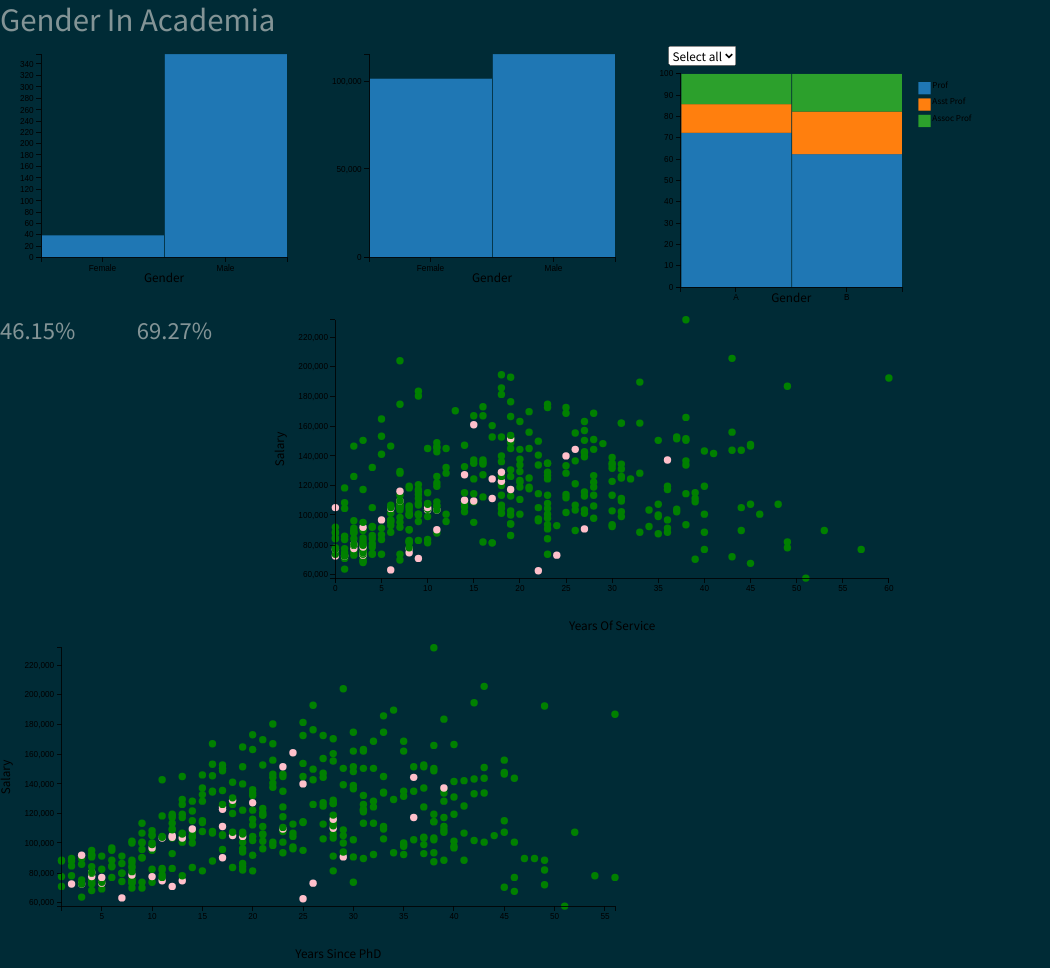
Repository: rafaljanos/Dashboard
Page: Index.html
The author's editor kept a record of every edit. The page is drawn from the files as they stood at one moment, then again after the next edit.
The browser window is 1280 px wide. The pictures show the whole page, at 82% of full size.

Above is the page before.

After the next edit:
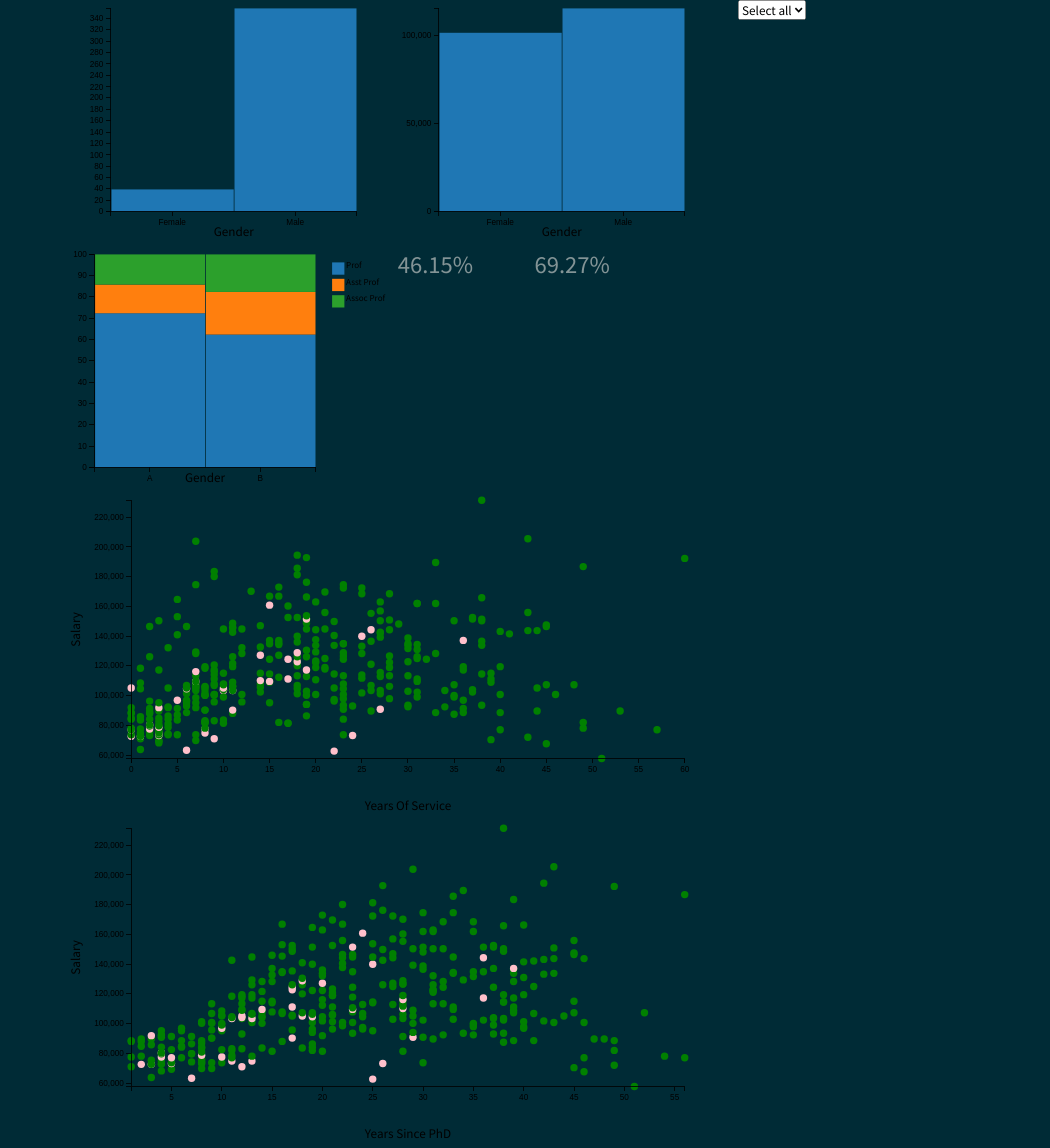
The edit:
--- a/Index.html
+++ b/Index.html
@@ -18,8 +18,12 @@
 
 </head>
 <body>
+    <div class="container">
 
-    <h1>Gender In Academia</h1>
+        <div class="row">
+
+        </div>
+
 
     <div id="discipline-selector"></div>
 
@@ -35,6 +39,8 @@
     <div id="service-salary"></div>
 
     <div id="phd-salary"></div>
+    </div>
+
 
 </body>
 </html>
